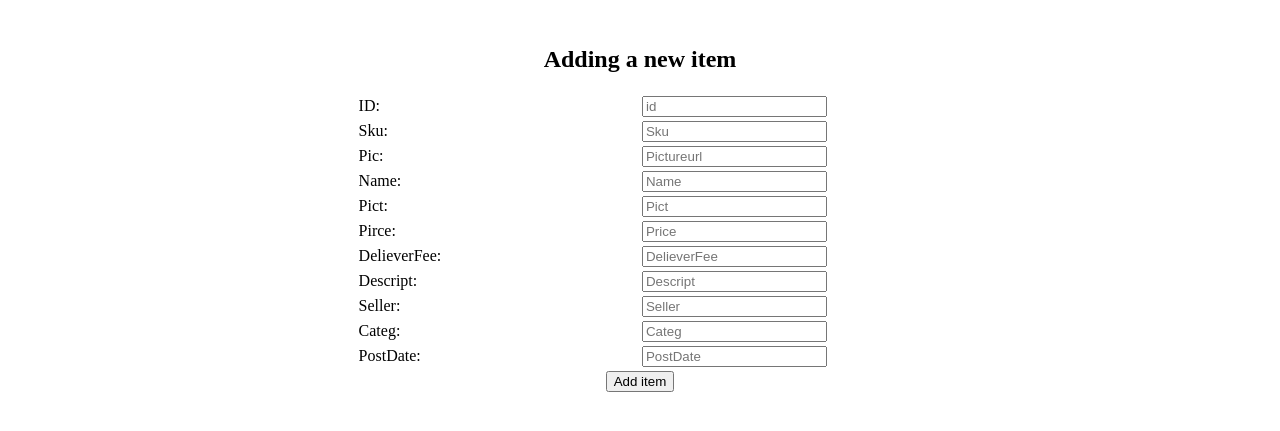
Repository: UnforgivenZZZ/bulldog
Page: bulldog/WebContent/WEB-INF/addingitem.html
These files come from the project's save history. The page is drawn as it stood at one moment and after the next save; the edit follows.
The browser window is 1280 px wide. The pictures show the whole page.

Above is the page before, as saved 2017-07-12 23:51:47.

After the next save:
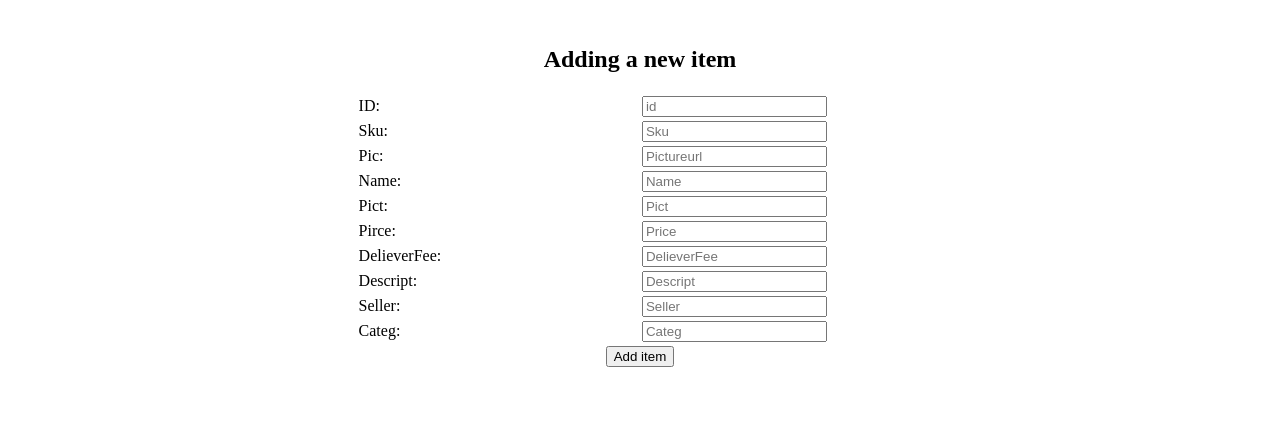
Saved 5 min 19 s later.
--- a/bulldog/WebContent/WEB-INF/addingitem.html
+++ b/bulldog/WebContent/WEB-INF/addingitem.html
@@ -50,10 +50,7 @@
                 <td>Categ: </td>
                 <td><input type="text" placeholder="Categ" name="_Categ"></td>
             </tr>
-            <tr>
-                <td>PostDate: </td>
-                <td><input type="text" placeholder="PostDate" name="_PostDate"></td>
-            </tr>
+
 
 
 			<br/>
